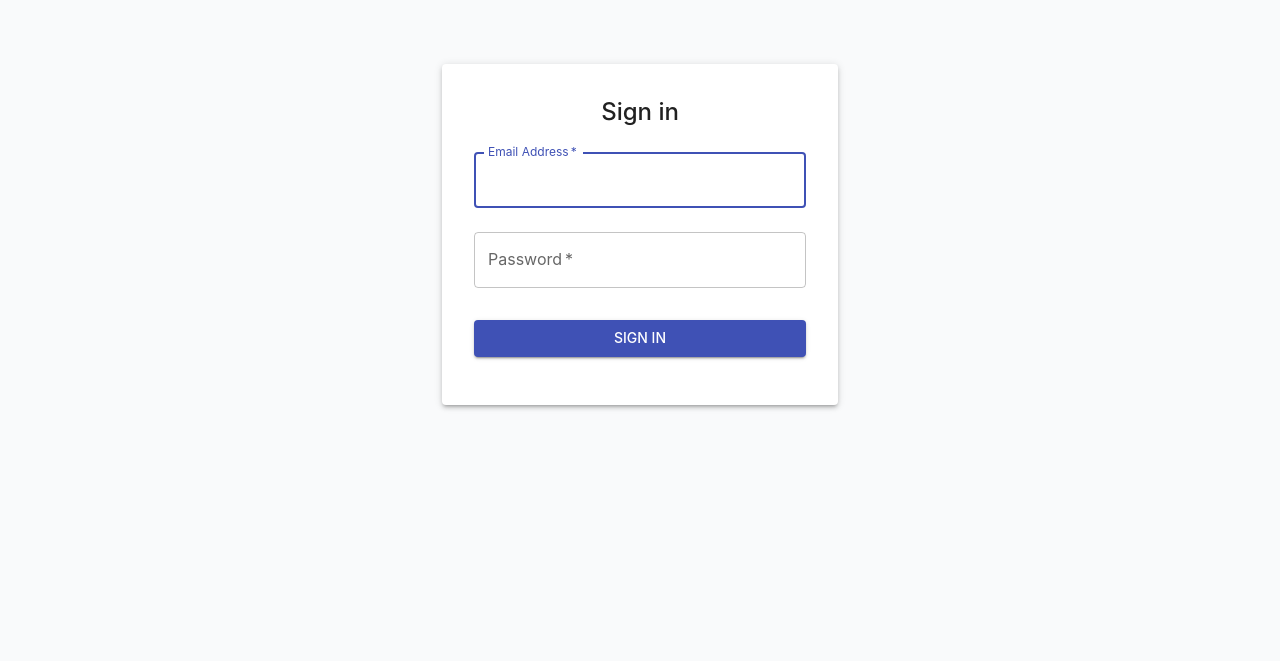
Repository: gpierre004/stock_portfolio_management
Page: /watchlist
An editor plug-in stored every save of this project. The page is shown before and after the next save, followed by the edit.
The browser window is 1280 px wide. The pictures show the whole page.
The project was rebuilt for these pictures with package versions that can differ from the ones it lists, and the page was loaded fresh each time. Also part of the build but not shown: vite.config.ts, src/components/TransactionList.tsx, src/components/TransactionForm.tsx, src/components/PortfolioSummary.tsx, src/components/AccountSelector.tsx, src/components/ErrorBoundary.tsx, src/pages/Dashboard.tsx, src/services/watchlistService.ts and 5 more.

Above is the page before, as saved 2024-11-24 20:35:00.

After the next save:
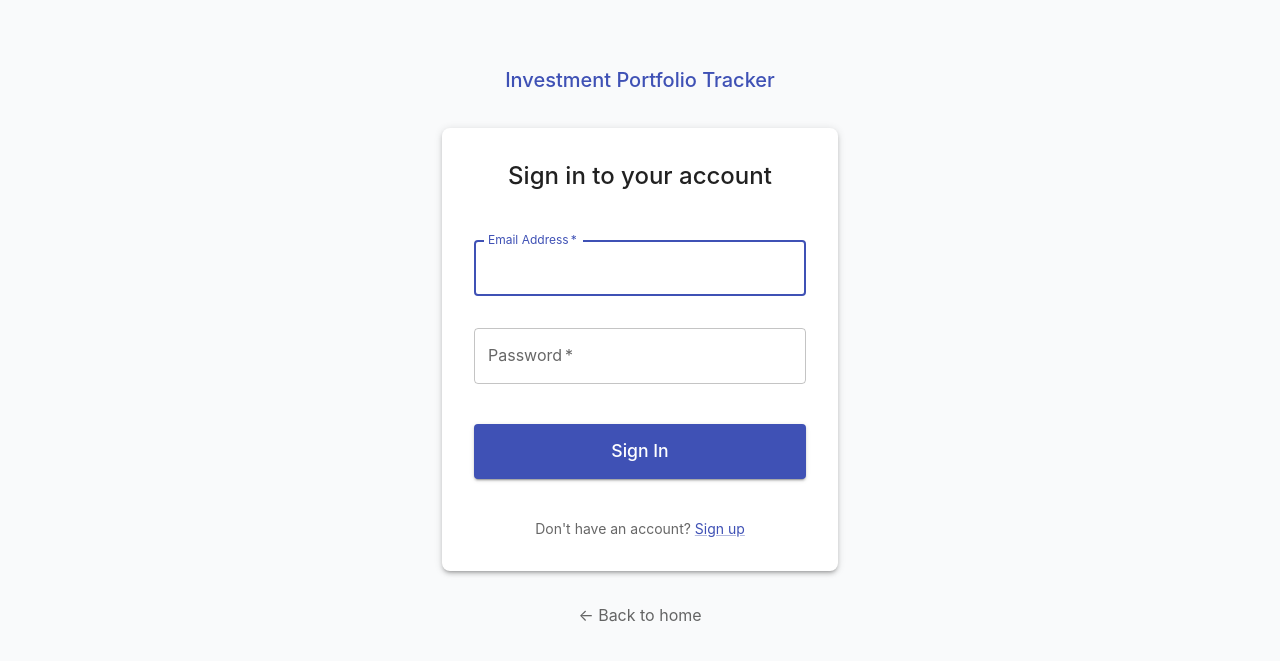
Saved 50 s later.
--- a/src/pages/Login.tsx
+++ b/src/pages/Login.tsx
@@ -1,5 +1,5 @@
 import React, { useState } from 'react';
-import { useNavigate } from 'react-router-dom';
+import { useNavigate, Link as RouterLink } from 'react-router-dom';
 import {
   Container,
   Box,
@@ -7,7 +7,8 @@ import {
   Button,
   Typography,
   Alert,
-  Paper
+  Paper,
+  Link
 } from '@mui/material';
 import { authService } from '../services/authService';
 
@@ -36,7 +37,7 @@ const Login = () => {
     try {
       const response = await authService.login(formData);
       if (response.success) {
-        navigate('/watchlist');
+        navigate('/dashboard');
       } else {
         setError(response.error || 'Login failed');
       }
@@ -57,6 +58,22 @@ const Login = () => {
           alignItems: 'center',
         }}
       >
+        <Link
+          component={RouterLink}
+          to="/"
+          sx={{
+            textDecoration: 'none',
+            color: 'primary.main',
+            display: 'flex',
+            alignItems: 'center',
+            mb: 4
+          }}
+        >
+          <Typography variant="h6" component="span">
+            Investment Portfolio Tracker
+          </Typography>
+        </Link>
+
         <Paper
           elevation={3}
           sx={{
@@ -65,10 +82,11 @@ const Login = () => {
             flexDirection: 'column',
             alignItems: 'center',
             width: '100%',
+            borderRadius: 2,
           }}
         >
-          <Typography component="h1" variant="h5">
-            Sign in
+          <Typography component="h1" variant="h5" sx={{ mb: 3 }}>
+            Sign in to your account
           </Typography>
 
           {error && (
@@ -89,6 +107,7 @@ const Login = () => {
               autoFocus
               value={formData.email}
               onChange={handleChange}
+              sx={{ mb: 2 }}
             />
             <TextField
               margin="normal"
@@ -101,18 +120,40 @@ const Login = () => {
               autoComplete="current-password"
               value={formData.password}
               onChange={handleChange}
+              sx={{ mb: 3 }}
             />
             <Button
               type="submit"
               fullWidth
               variant="contained"
-              sx={{ mt: 3, mb: 2 }}
+              sx={{
+                mt: 2,
+                mb: 2,
+                py: 1.5,
+                textTransform: 'none',
+                fontSize: '1.1rem'
+              }}
               disabled={loading}
             >
               {loading ? 'Signing in...' : 'Sign In'}
             </Button>
+
+            <Box sx={{ mt: 3, textAlign: 'center' }}>
+              <Typography variant="body2" color="text.secondary">
+                Don't have an account?{' '}
+                <Link component={RouterLink} to="/signup" color="primary">
+                  Sign up
+                </Link>
+              </Typography>
+            </Box>
           </Box>
         </Paper>
+
+        <Box sx={{ mt: 4, textAlign: 'center' }}>
+          <Link component={RouterLink} to="/" color="text.secondary" sx={{ textDecoration: 'none' }}>
+            ← Back to home
+          </Link>
+        </Box>
       </Box>
     </Container>
   );
